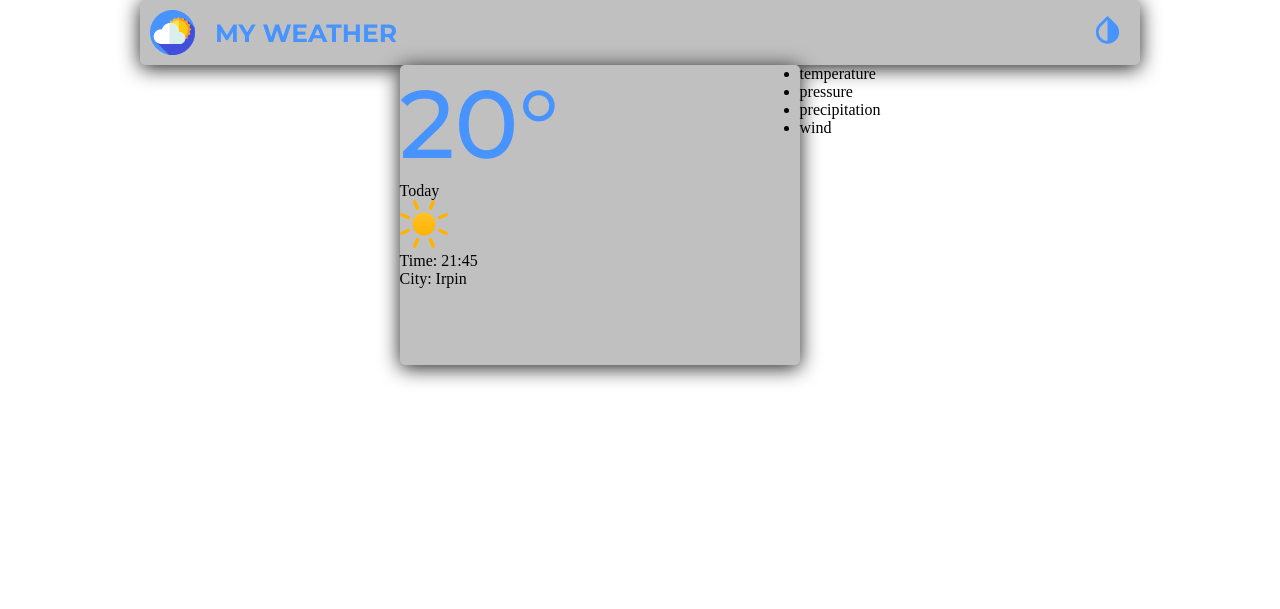
Repository: YuraKrvz/my_weather2
Page: /
These files come from the project's save history. The page is drawn as it stood at one moment and after the next save; the edit follows.
The browser window is 1280 px wide. The pictures show the whole page.
The project was rebuilt for these pictures with package versions that can differ from the ones it lists, and the page was loaded fresh each time.

Above is the page before, as saved 2022-01-25 18:15:29.

### src/index.css
@import url('https://fonts.googleapis.com/css2?family=Montserrat:wght@300;400;500;600;700&display=swap');
*,
*:after,
*:before{
  box-sizing: border-box;
  margin: 0;
  padding: 0;
}
body{
  background-color: var(--body-background);
}
:root{
  --color-default-blue: #4793FF;
}
.container{
  max-width: 1200px;
  margin: 0 auto;
  padding: 0 15px;
}
html[data-theme='true']{
  --body-background: #fff;
  --components-background: silver;
  --card-background: rgba(71, 147, 255, 0.2);
  --card-shadow: 0px 3px 20px rgba(5, 5, 5, 0.9);

  --text-color: #000;
}
html[data-theme='false']{
  --body-background: #0d1117;
  --components-background: #4f4f4f;
  --card-background: #2e3035;
  --card-shadow: 0px 3px 20px rgba(147, 144, 144, 0.9);
  --text-color: #fff;
}

### src/App.js
import Header from './components/Header/Header';
import MyWeather from './components/MyWeather/MyWeather';

export default function App() {

  return (
    <div className='container'>
     <Header />
     <MyWeather />

    </div>
  );
};

### src/components/header/Header.jsx
import React from 'react';
import useTheme from '../../hooks/useTheme';
import s from './Header.module.css';
import {GeneratorSvgIcon} from '../../assets/GeneratorSvgIcon.js';

export default function Header() {
  const {theme, setTheme} = useTheme();

  return (
   <header className={s.wrap__header}>
      <div className={s.inner}>
         <GeneratorSvgIcon className={s.logo__img} id='header-logo' />
         <h1 className={s.header__logo_text}>My weather</h1>
      </div>
      <span onClick={()=> setTheme(!theme)} >
         <GeneratorSvgIcon className={s.logo__img} id='change-theme'/>
      </span>
   </header>
  );
}

### src/components/MyWeather/MyWeather.jsx
import React from 'react';
import { GeneratorSvgIcon } from '../../assets/GeneratorSvgIcon';
import s from './MyWeather.module.css';

export default function MyWeather() {
  return (
   <section className={s.wrapper}>
      <div className={s.main}>
         <span>
            <span>
               <p className={s.temp__main}>20°</p>
               <p className={s.day}>Today</p>
            </span>
            <GeneratorSvgIcon id='sun' />
         </span>
         <p className={s.time}>Time: 21:45</p>
         <p className={s.city}>City: Irpin</p>
      </div>
      <div className={s.description}>
         <ul className={s.list}>
            <li className={s.temp__description}>temperature</li>
            <li className={s.pressure}>pressure</li>
            <li className={s.precipitation}>precipitation</li>
            <li className={s.wind}>wind</li>
         </ul>
      </div>
   </section>
  );
}

### src/hooks/useTheme.js
import {useState, useLayoutEffect} from 'react';

export default function useTheme() {
   const [theme, setTheme] = useState(true);

   useLayoutEffect( ()=>{
      document.documentElement.setAttribute('data-theme', theme);
   }, [theme] )

   return {theme, setTheme};
}

### src/components/header/Header.module.css
.wrap__header{
   display: flex;
   justify-content: space-between;
   align-items: center;
   background-color: var(--components-background);
   box-shadow: var(--card-shadow);
   border-radius: 5px;
   padding: 10px;
   margin: 0 auto;
   width: 1000px;
   height: 65px;
   left: 360px;
   top: 20px;
}
.inner{
   display: flex;
   align-items: center;
}
.logo__img{
   width: 45px;
}
.header__logo_text{
   margin-left: 20px;
   width: 230px;
   height: 30px;
   font-style: normal;
   font-weight: bold;
   font-size: 25px;
   line-height: 30px;
   text-transform: uppercase;
   font-family: Montserrat;
   color: var(--color-default-blue);
}
.button__theme{

}

### src/components/MyWeather/MyWeather.module.css
.wrapper{
   display: flex;
   justify-content: center;
}
.main{
   height: 300px;
   width: 400px;
   background-color: var(--components-background);
   box-shadow: var(--card-shadow);
   border-radius: 5px;
}
.temp__main{
   width: 160px;
   height: 117px;
   font-family: Montserrat;
   font-style: normal;
   font-weight: 500;
   font-size: 96px;
   line-height: 117px;
   color: var(--color-default-blue);
}
.day{}
.time{}
.city{}
.description{}
.list{}
.temp__description{}
.pressure{}
.precipitation{}
.wind{}

Loaded but not shown: public/index.html (common file); src/index.js (common file); src/assets/GeneratorSvgIcon.js (401 lines, source omitted)

After the next save:
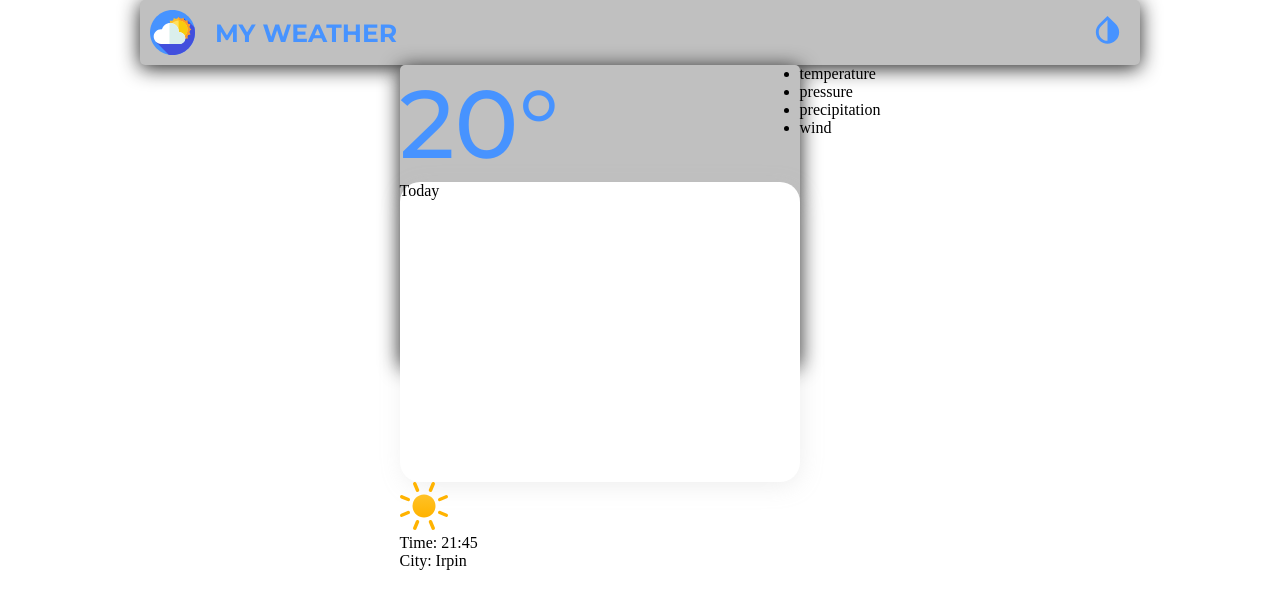
Saved 47 s later.
--- a/src/components/MyWeather/MyWeather.module.css
+++ b/src/components/MyWeather/MyWeather.module.css
@@ -19,7 +19,13 @@
    line-height: 117px;
    color: var(--color-default-blue);
 }
-.day{}
+.day{
+   width: 400px;
+   height: 300px;
+   background: #FFFFFF;
+   box-shadow: 2px 5px 25px -3px rgba(180, 180, 180, 0.25);
+   border-radius: 20px;
+}
 .time{}
 .city{}
 .description{}

After the save that followed:
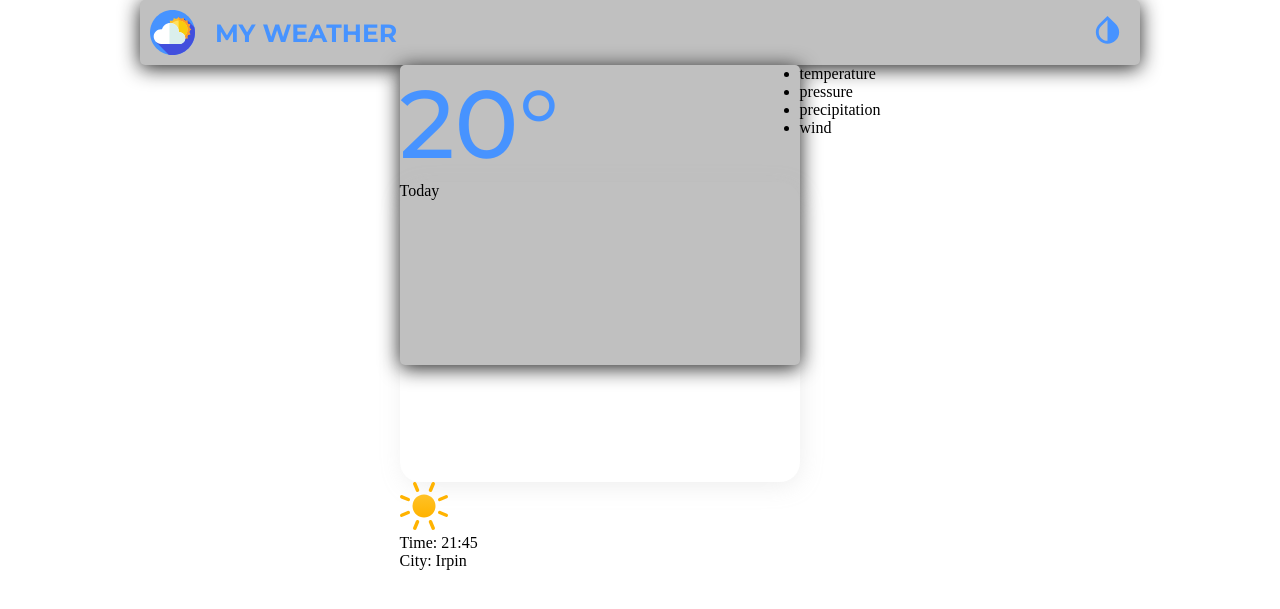
Saved 7 s later.
--- a/src/components/MyWeather/MyWeather.module.css
+++ b/src/components/MyWeather/MyWeather.module.css
@@ -22,7 +22,6 @@
 .day{
    width: 400px;
    height: 300px;
-   background: #FFFFFF;
    box-shadow: 2px 5px 25px -3px rgba(180, 180, 180, 0.25);
    border-radius: 20px;
 }
